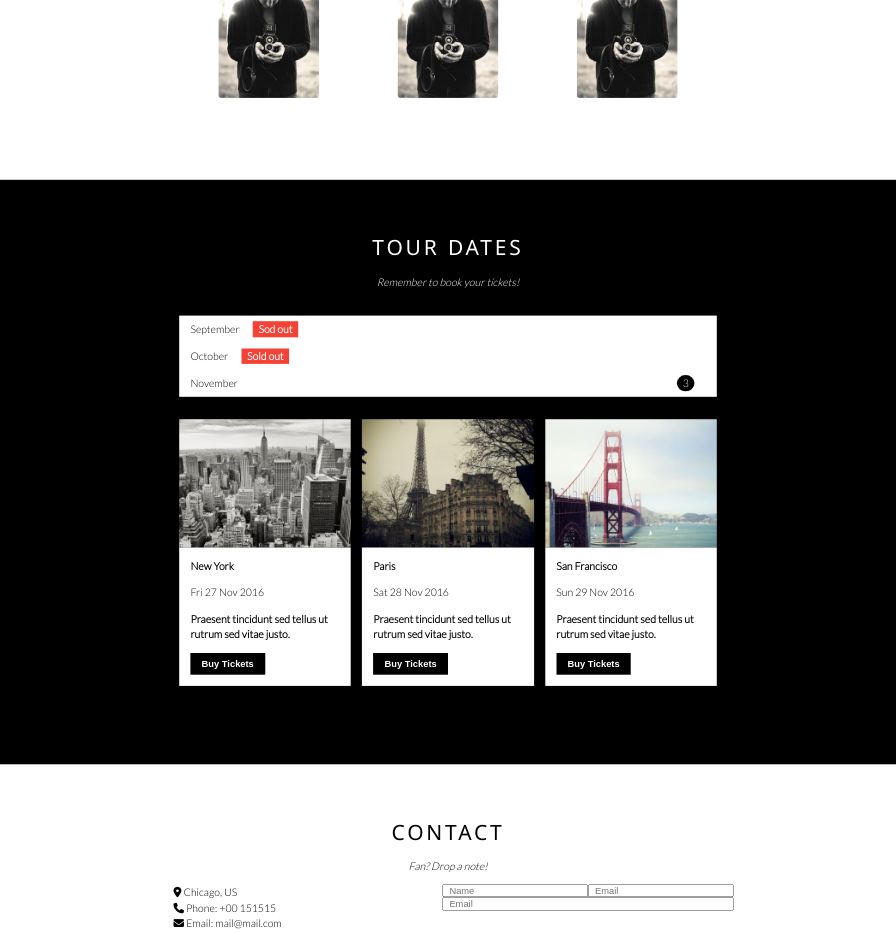
Repository: vanmanhAI/project-03-w3
Page: index.html
The author's editor kept a copy of each file at every save. The page is drawn from the files as they stood at one save, then again after a run of saves.
The browser window is 1280 px wide. The pictures show the part of the page from y = 1097 to 3017 px (the page is 2428 px tall before and 3017 px after), at 70% of full size.
Some web libraries are served in a nearby version.

Above is the page before, as saved 2022-07-13 10:36:01.

After the next 2 saves:
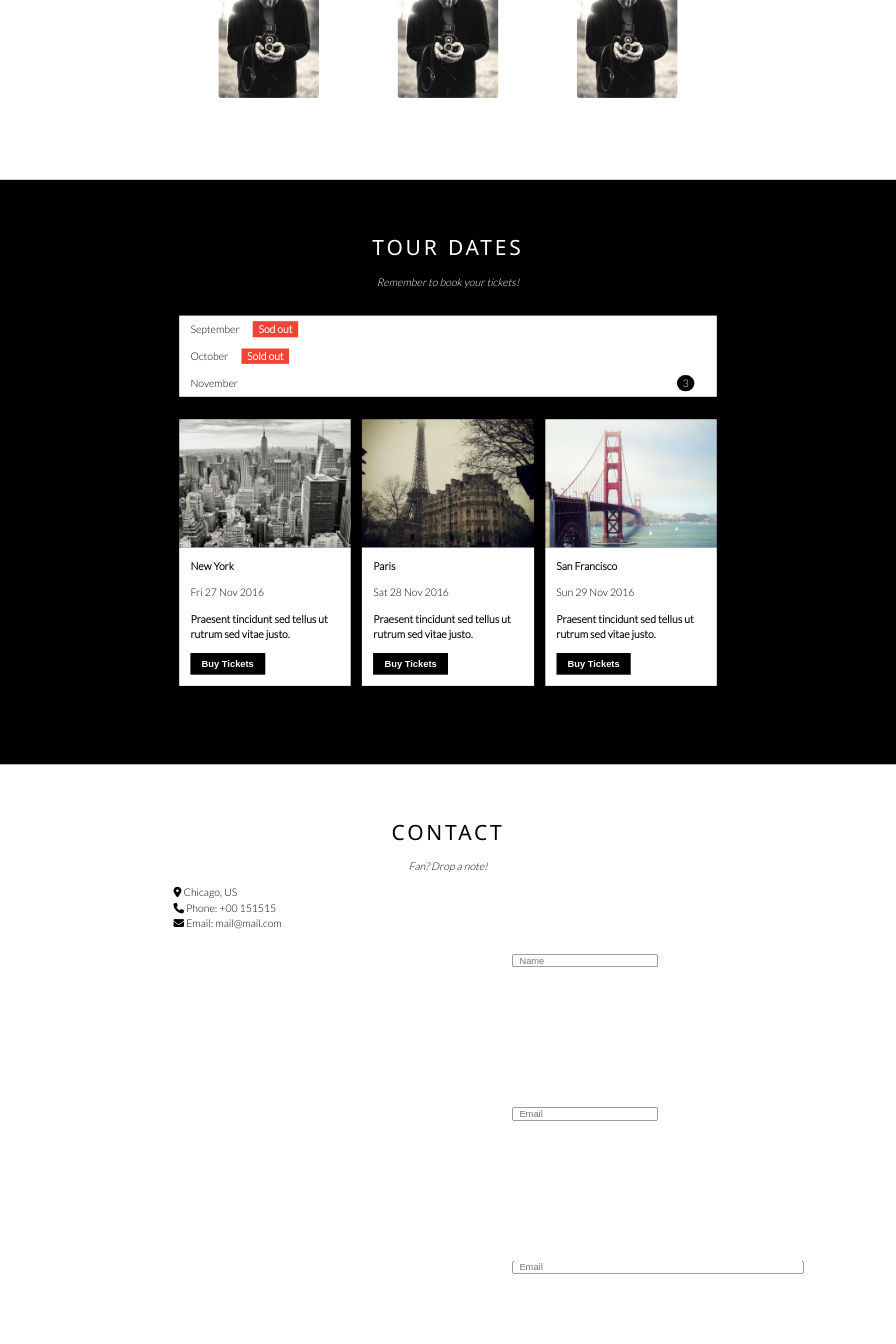
The 2 saves are shown as one change because they came seconds apart.
The last was saved 7 s later.
--- a/assets/css/style.css
+++ b/assets/css/style.css
@@ -403,5 +403,6 @@ html {
 
 }
 input {
+    margin: 100px;
 
 }
